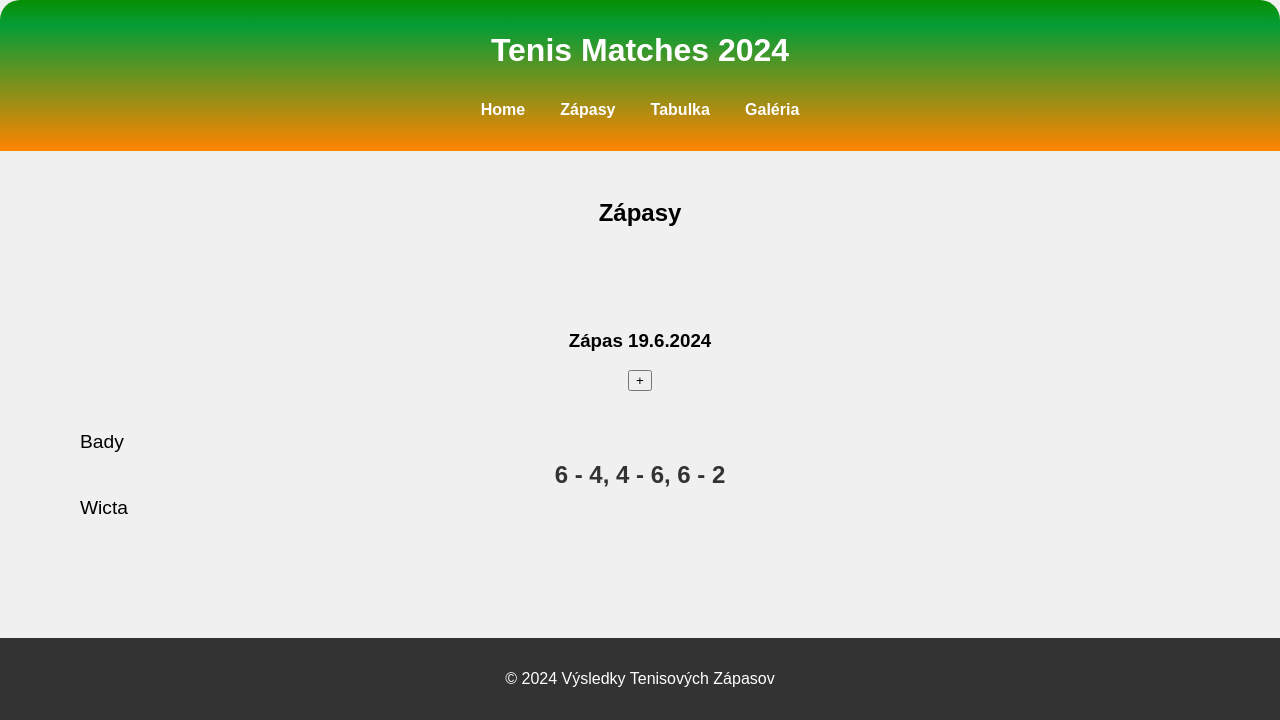
Repository: Badynko/tenis
Page: matches.html
These files come from the project's save history. The page is drawn as it stood at one moment and after the next save; the edit follows.
The browser window is 1280 px wide. The pictures show the whole page.

Above is the page before, as saved 2024-07-23 17:37:50.

After the next save:
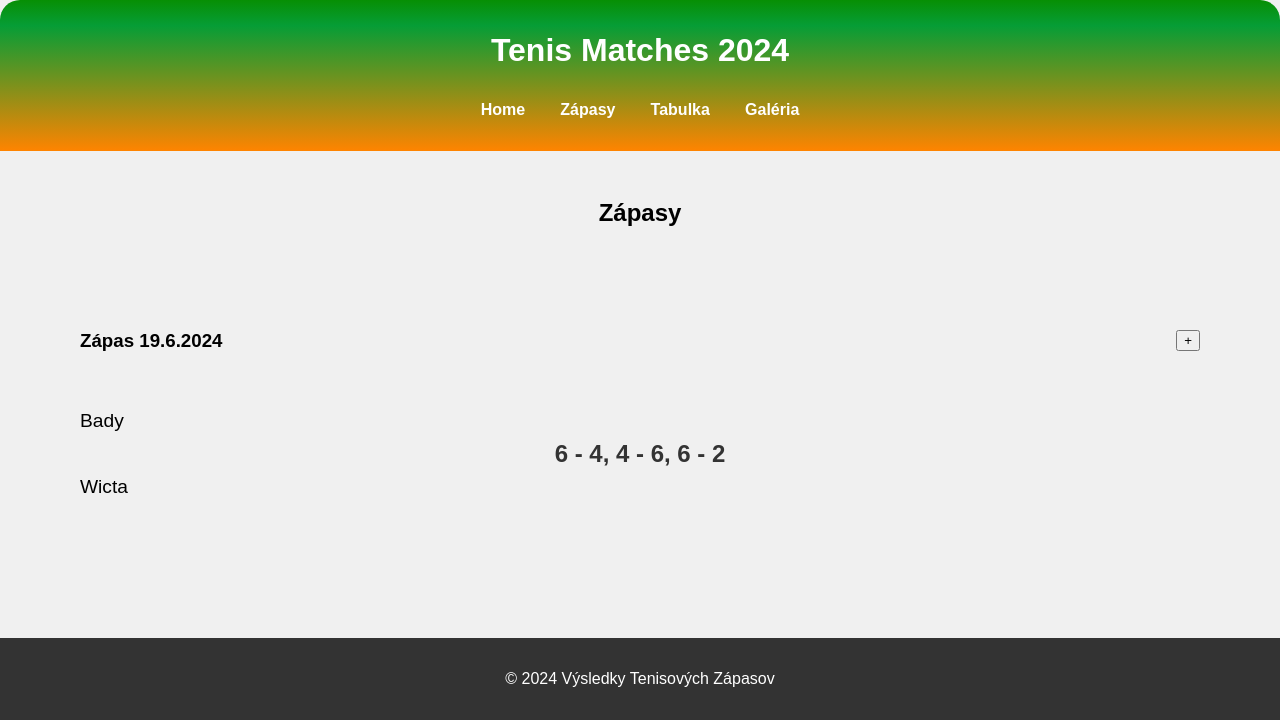
Saved 34 s later.
--- a/css/style.css
+++ b/css/style.css
@@ -148,3 +148,9 @@ footer {
 .accordion-body {
   padding: 1rem;
 }
+
+.accordion-header {
+  display: flex;
+  justify-content: space-between;
+  align-items: center;
+}
